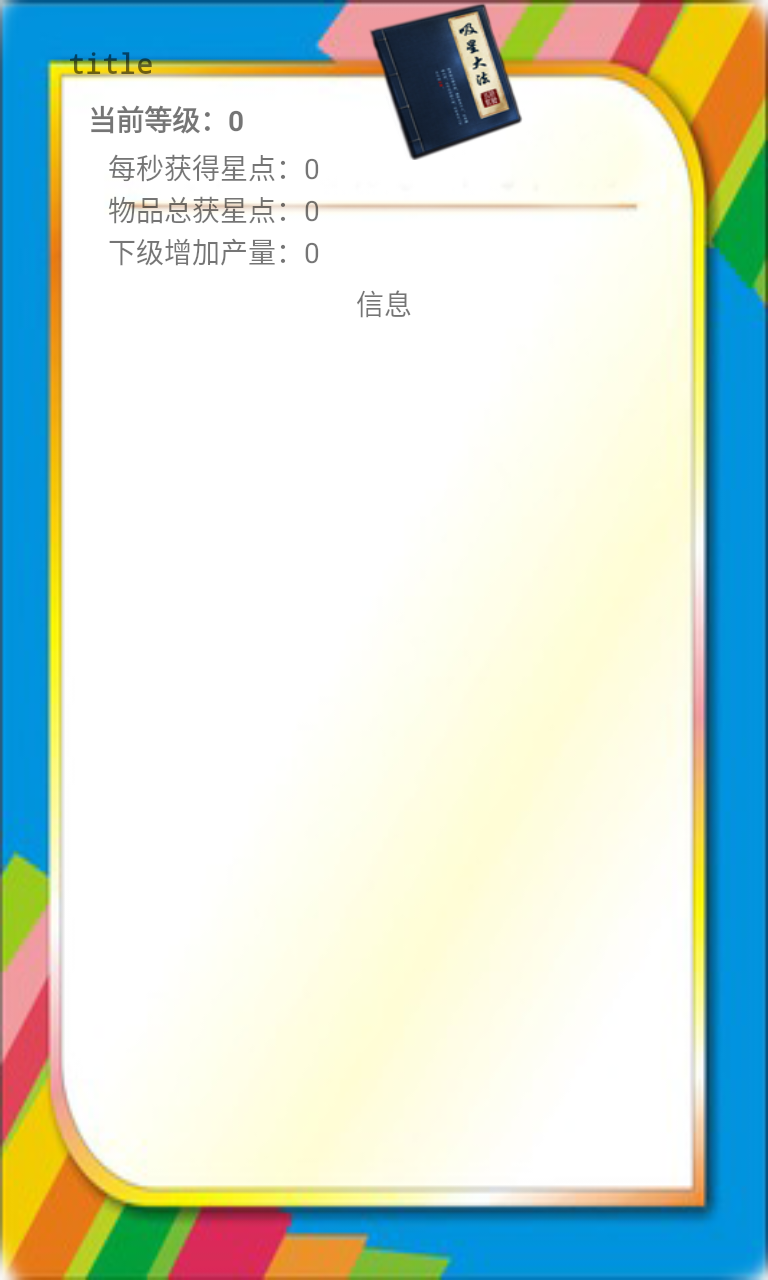
Repository: xianyun2014/StarPoint
Layout: game/res/layout/build_info_view.xml
An editor plug-in stored every save of this project. The layout is shown before and after the next save, followed by the edit.
It is drawn on a 768 x 1280 px phone screen (xhdpi) without system bars, with theme AppTheme; the app's code is not run.

Above is the layout before, as saved 2014-11-17 15:37:14.

After the next save:
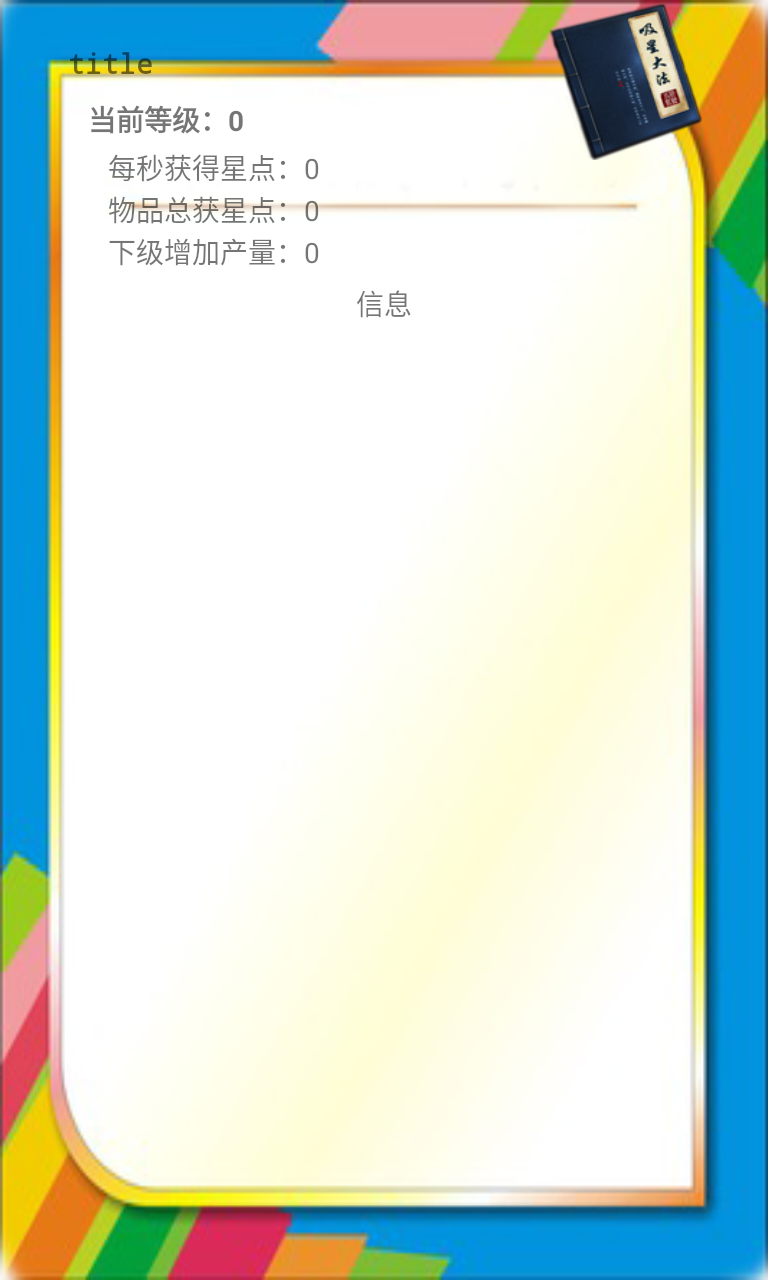
Saved 2 min 7 s later.
--- a/game/res/layout/build_info_view.xml
+++ b/game/res/layout/build_info_view.xml
@@ -135,9 +135,9 @@
         android1:id="@+id/imageView2"
         android1:layout_width="80dp"
         android1:layout_height="80dp"
-        android1:layout_alignParentRight="true"
-        android1:layout_alignParentTop="true"
-        android1:layout_marginRight="121dp"
+        android1:layout_alignRight="@+id/imageView1"
+        android1:layout_alignTop="@+id/imageView1"
+        android1:layout_marginRight="31dp"
         android1:scaleType="fitXY"
         android1:src="@drawable/jz_xzdf" />
 
